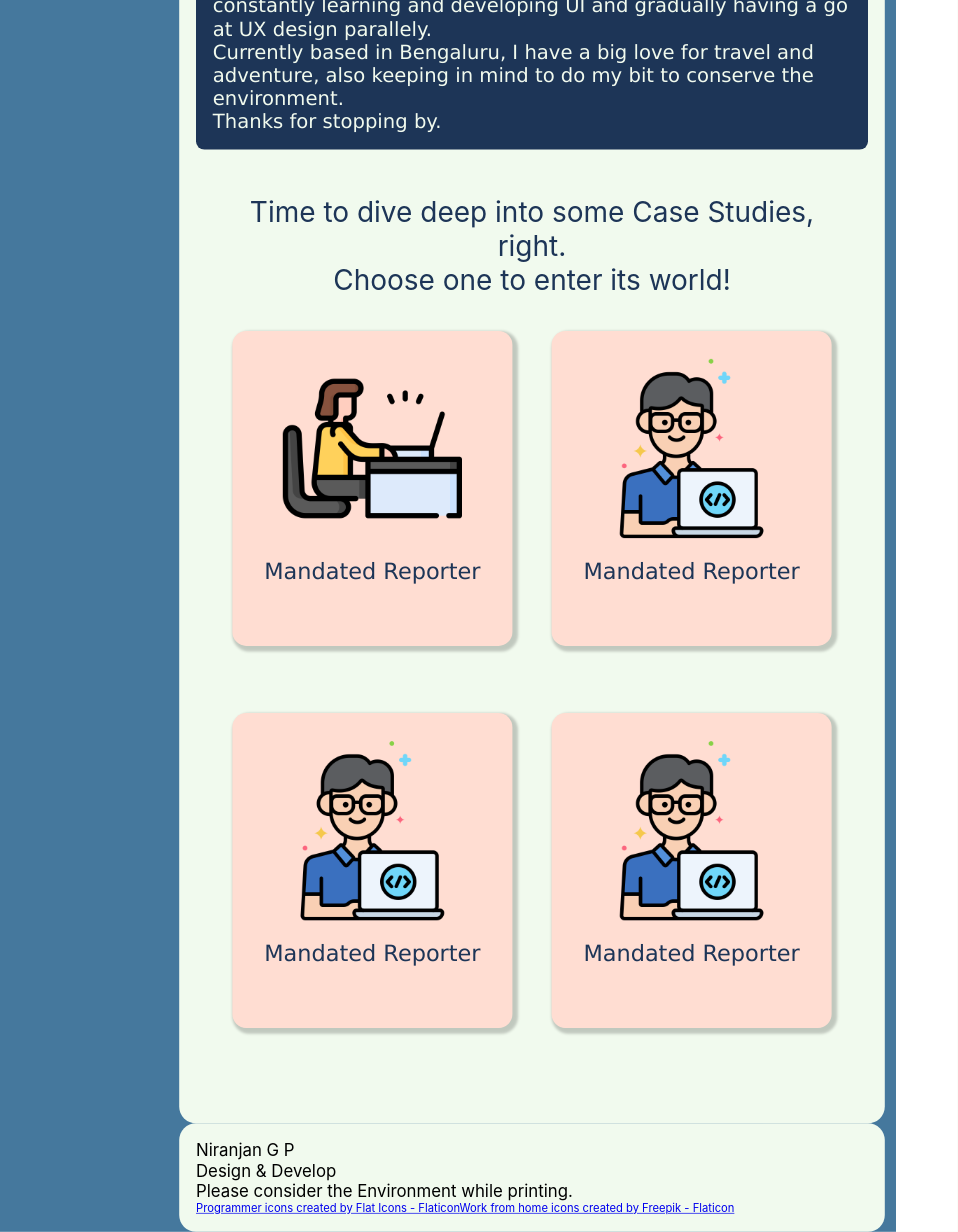
Repository: niranjangp/portfolioReact
Page: /
The author's editor kept a copy of each file at every save. The page is drawn from the files as they stood at one save, then again after the next save.
The browser window is 1280 px wide. The page is 1368 px wide, so the pictures cover 1368 px, including what lies to the right of the window. The pictures show the part of the page from y = 874 to 2634 px (the page is 2634 px tall before and 2583 px after), at 70% of full size.
The project was rebuilt for these pictures with package versions that can differ from the ones it lists, and the page was loaded fresh each time. Also part of the build but not shown: src/pages/csOne.jsx, src/pages/notFound.jsx.

Above is the page before, as saved 2022-02-01 00:12:29.

After the next save:
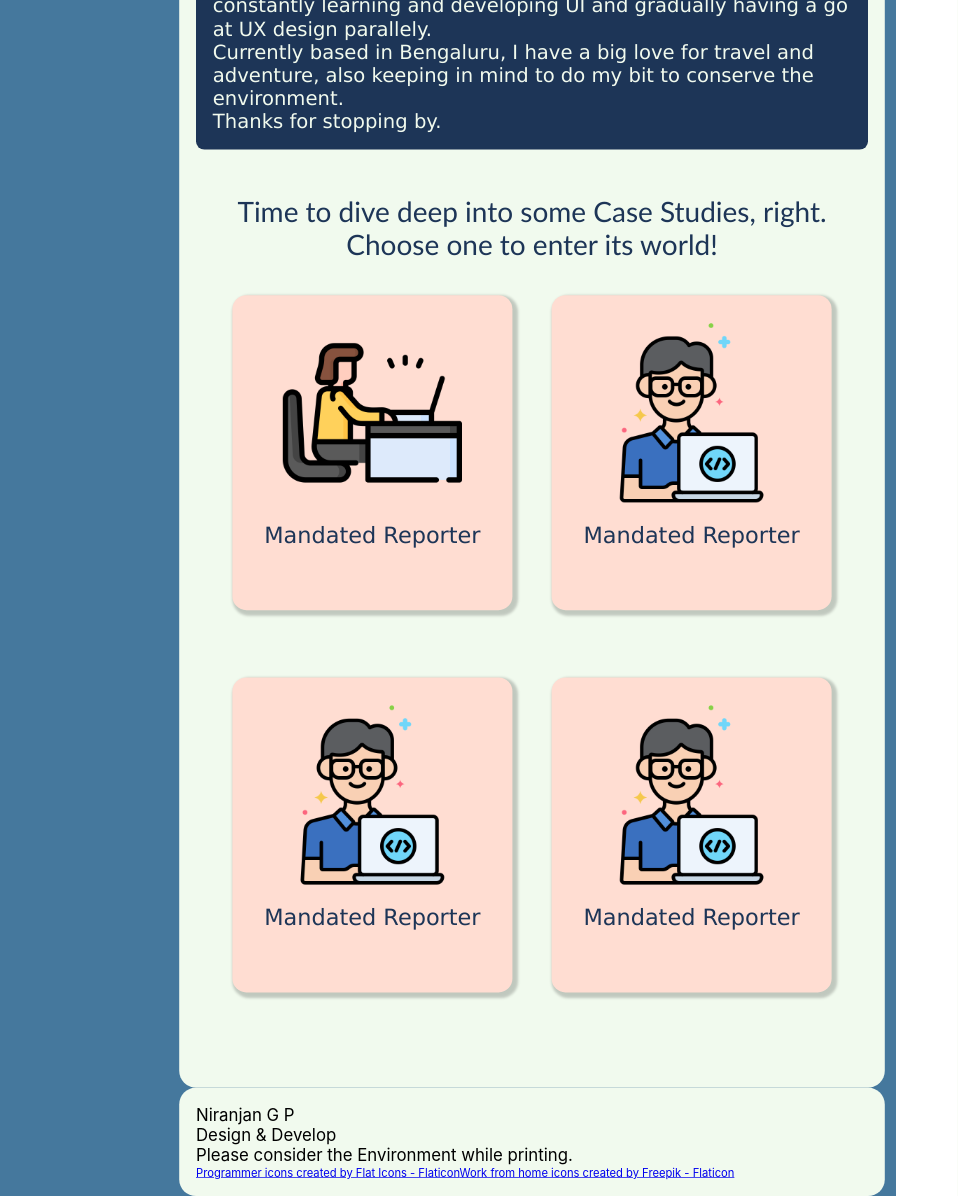
Saved 56 s later.
--- a/src/App.css
+++ b/src/App.css
@@ -95,7 +95,7 @@
   font-size: 32px;
   padding: 24px;
   color: #1d3557;
-  font-family:Verdana, Geneva, Tahoma, sans-serif;
+  font-family: Verdana, Geneva, Tahoma, sans-serif;
 }
 
 .card-icon {
@@ -107,6 +107,7 @@
   text-align: center;
   font-size: 40px;
   color: #1d3557;
+  font-family:'Trebuchet MS', 'Lucida Sans Unicode', 'Lucida Grande', 'Lucida Sans', Arial, sans-serif;
 }
 
 footer {
